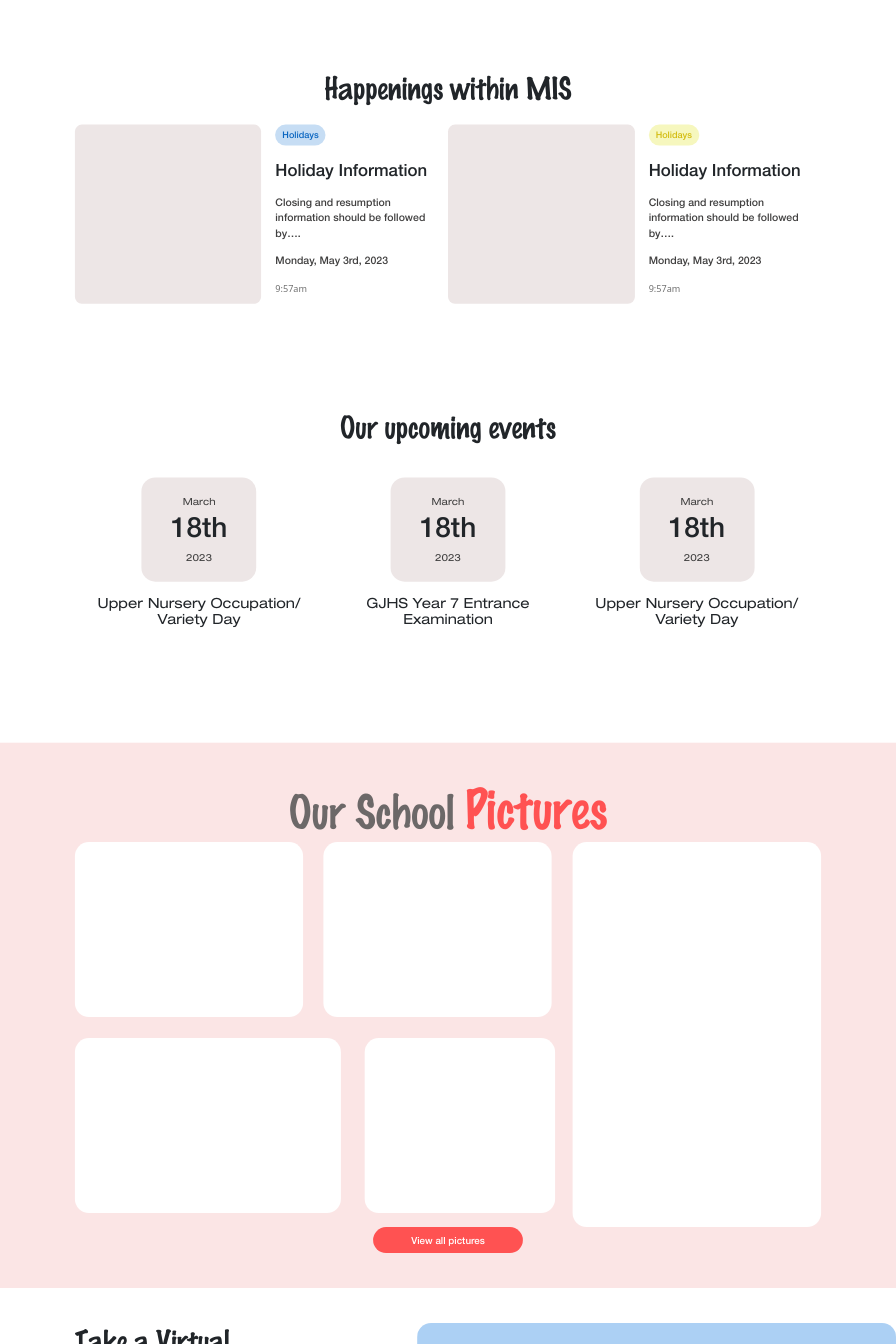
Repository: sarahnnanyelugo/MIGS
Page: /
An editor plug-in stored every save of this project. The page is shown before and after the next save, followed by the edit.
The browser window is 1280 px wide. The pictures show the part of the page from y = 4580 to 6500 px (the page is 7464 px tall), at 70% of full size.
The project was rebuilt for these pictures with package versions that can differ from the ones it lists, and the page was loaded fresh each time.

Above is the page before, as saved 2023-05-31 11:42:13.

After the next save:
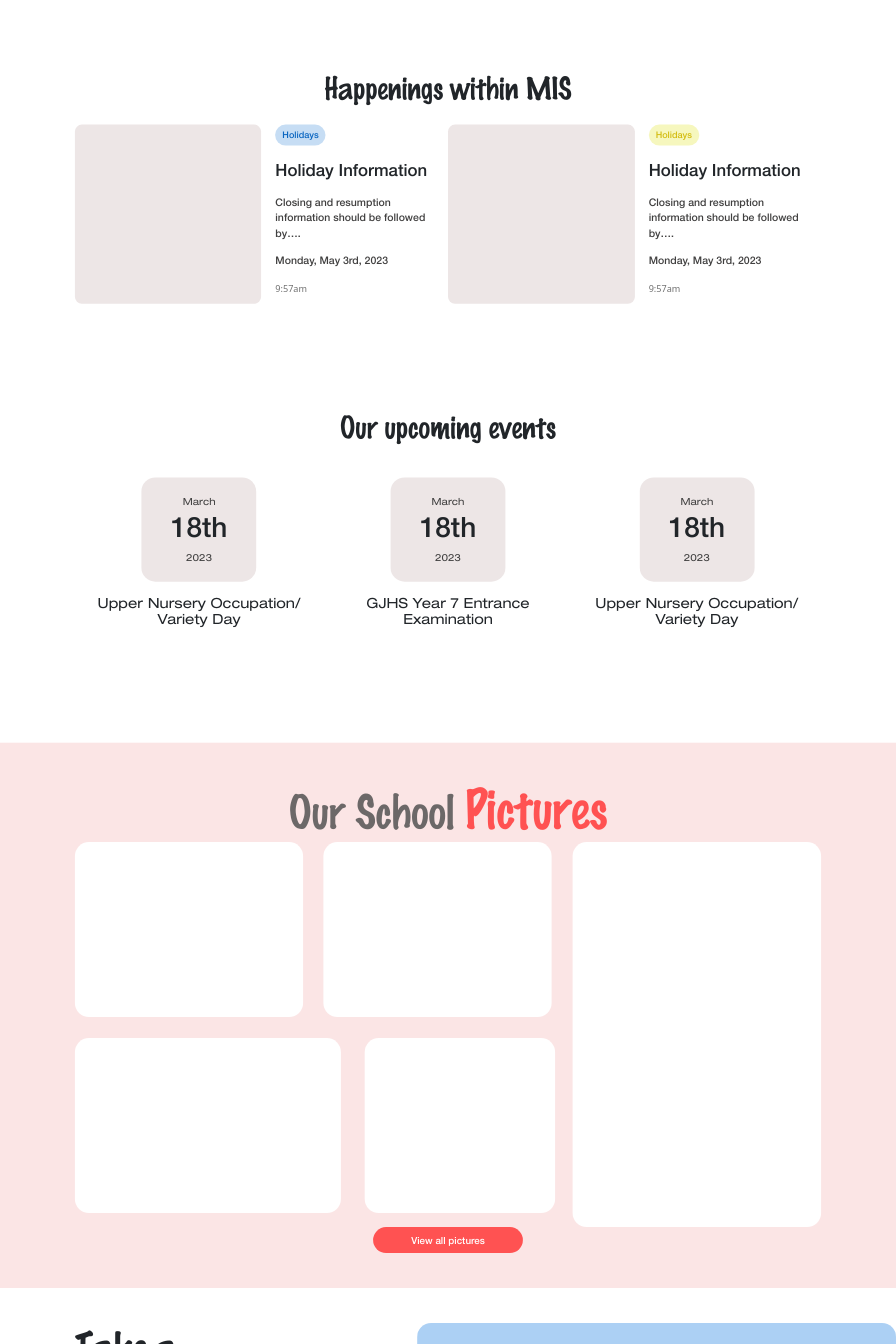
Saved 95 s later.
--- a/src/components/Tour/tour.scss
+++ b/src/components/Tour/tour.scss
@@ -5,4 +5,11 @@
     background: #acd0f4;
     border-radius: 20px;
   }
+  h1 {
+    font-size: 55px;
+  }
+  span {
+    font-size: 60px;
+    color: #c90e0e;
+  }
 }
